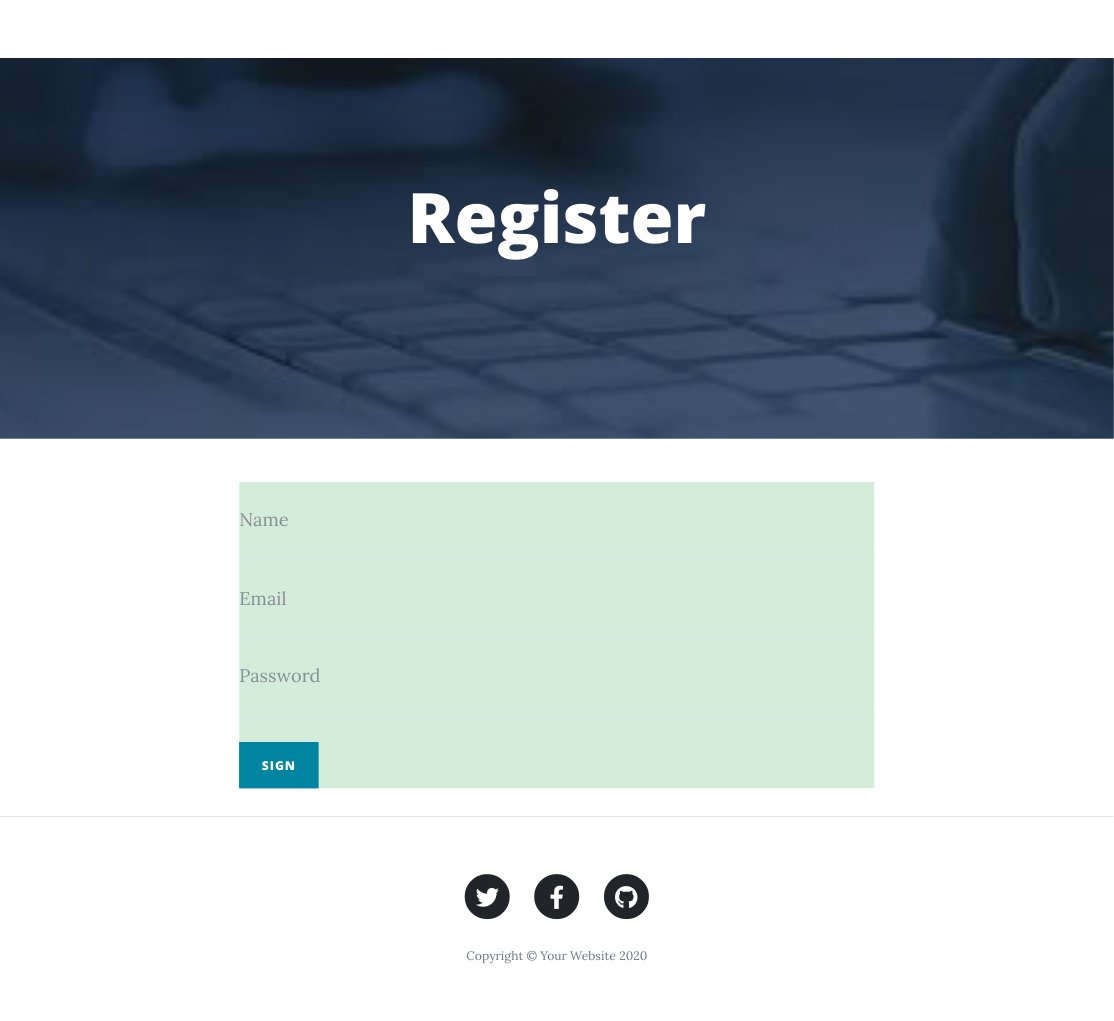
Repository: elvinyeka/elvin-blog
Page: http://localhost/register
These files come from the project's save history. The page is drawn as it stood at one moment and after the next save; the edit follows.
The browser window is 1280 px wide. The pictures show the whole page, at 87% of full size.
The page is served by the project's application, run on Flask 3 (CLEANBLOG/__init__.py).

Above is the page before, as saved 2020-10-18 01:58:47.

After the next save:
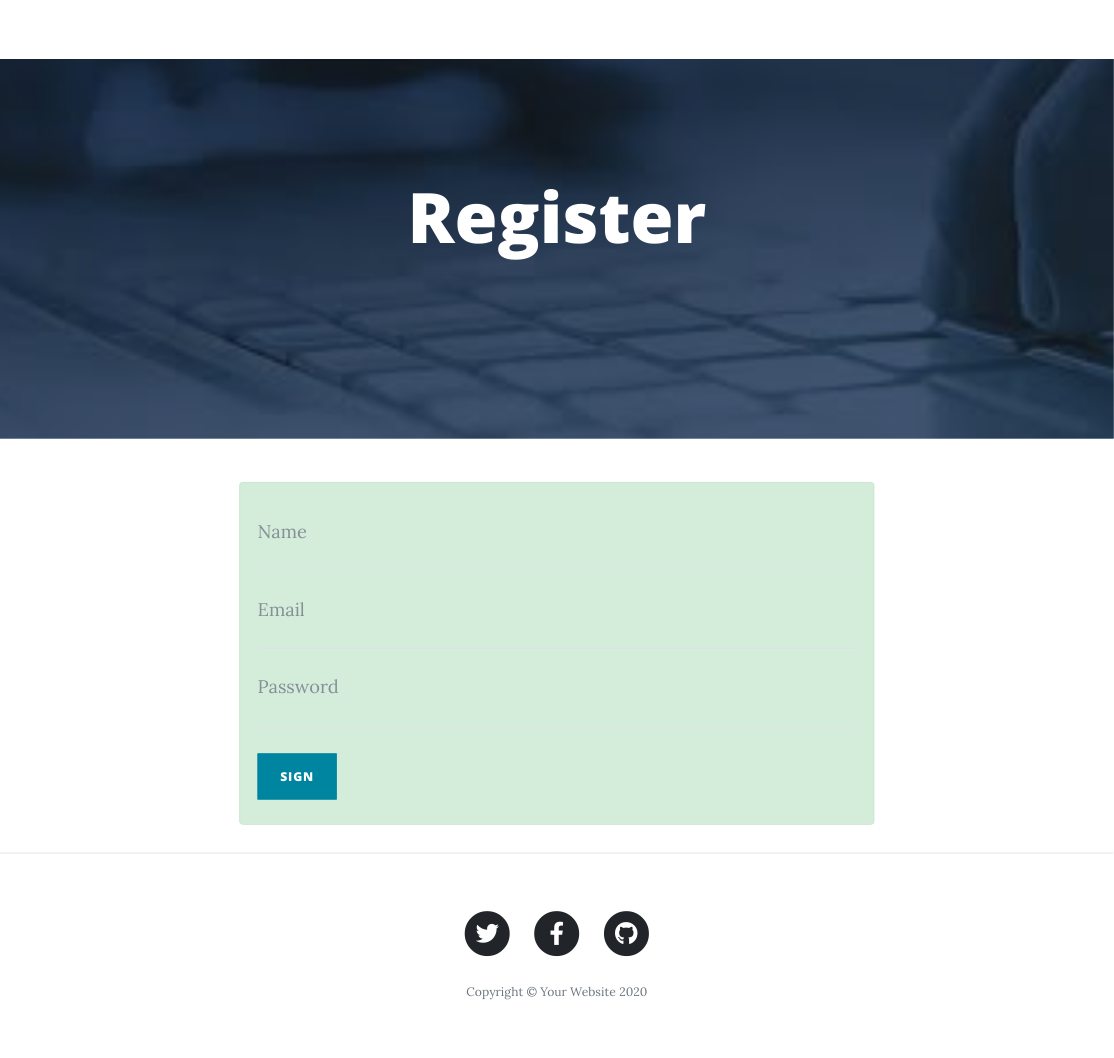
Saved 17 min 34 s later.
--- a/CLEANBLOG/templates/register.html
+++ b/CLEANBLOG/templates/register.html
@@ -18,7 +18,7 @@
 <div class="container">
     <div class="row">
         <div class="col-lg-8 col-md-10 mx-auto">
-            <form method="POST" action="" class="alert-success">
+            <form method="POST" action="" class="alert alert-success">
                 {{ form.hidden_tag() }}
                 <div class="control-group">
                     <div class="form-group floating-label-form-group controls">
